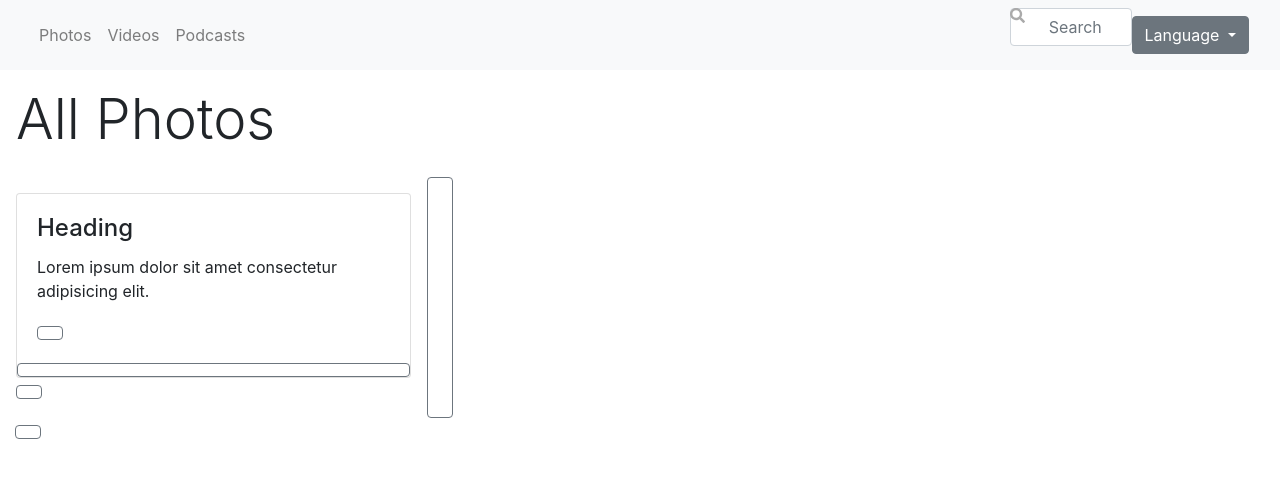
Repository: AlisaSkryp/photoblog
Page: index.html
The author's editor kept a copy of each file at every save. The page is drawn from the files as they stood at one save, then again after the next save.
The browser window is 1280 px wide. The pictures show the whole page.
Some web libraries are served in a nearby version.

Above is the page before, as saved 2023-04-09 20:21:57.

### index.html
<!DOCTYPE html>
<html lang="en">
<head>
	<meta charset="utf-8">
	<meta name="viewport" content="width=device-width, initial-scale=1">
	<title>Complete Bootstrap 4 Website Layout</title>
	<link rel="stylesheet" href="https://maxcdn.bootstrapcdn.com/bootstrap/4.0.0/css/bootstrap.min.css">
	<script src="https://ajax.googleapis.com/ajax/libs/jquery/3.3.1/jquery.min.js"></script>
	<script src="https://cdnjs.cloudflare.com/ajax/libs/popper.js/1.12.9/umd/popper.min.js"></script>
	<script src="https://maxcdn.bootstrapcdn.com/bootstrap/4.0.0/js/bootstrap.min.js"></script>
	<script src="https://use.fontawesome.com/releases/v5.0.8/js/all.js"></script>
	<link href="style.css" rel="stylesheet">
</head>
<body>

<!-- Navigation -->
<nav class="navbar navbar-expand-md navbar-light bg-light sticky-top">
 <div class="container-fluid">
  <button class="navbar-toggler" type="button" data-toggle="collapse" data-target="#navbarResponsive">
		<span class="navbar-toggler-icon"></span>
	</button>
	<div class="collapse navbar-collapse" id="navbarResponsive">
		<ul class="navbar-nav">
			<li class="nav-item">
			  <a class="nav-link" href="#">Photos</a>
			</li>
			<li class="nav-item">
			  <a class="nav-link" href="#">Videos</a>
			</li>
			<li class="nav-item">
			  <a class="nav-link" href="#">Podcasts</a>
			</li>
		</ul>
	</div>
	<div class="search-container">
	 <div class="form-group has-search">
    <span class="fa fa-search form-control-feedback"></span>
    <input type="text" class="form-control" placeholder="Search">
   </div>
	</div>
	<div class="dropdown">
		<button class="btn btn-secondary dropdown-toggle" type="button" id="dropdownMenuButton" data-toggle="dropdown" aria-haspopup="true" aria-expanded="false">
			Language
		</button>
		<div class="dropdown-menu" aria-labelledby="dropdownMenuButton">
			<a class="dropdown-item" href="#">English</a>
			<a class="dropdown-item" href="#">Spanish</a>
			<a class="dropdown-item" href="#">French</a>
		</div>
	</div>

 </div>
</nav>

<!--- Image Slider -->


<!--- Jumbotron -->


<!--- Welcome Section -->


<!--- Three Column Section -->


<!--- Two Column Section -->


<!--- Fixed background -->


<!--- Emoji Section -->


<!--- Meet the team -->
<div class="container-fluid padding">
	<div class="row welcome text-left">
		<div class="col-12">
			<h1 class="display-4">All Photos</h1>
		</div>
	</div>
</div>

<!--- Cards -->
<div class="container-fluid padding">
	<div class="row padding">
		<div class="col-md-4">
			<div class="card">
				<img class="card-img-top" src="">
				<div class="card-body">
					<h4 class="card-title">Heading</h4>
					<p class="card-text">Lorem ipsum dolor sit amet consectetur adipisicing elit.</p>
					<a href="#" class="btn btn-outline-secondary"
				</div>
			</div>
		</div>
	</div>
</div>

<!--- Two Column Section -->


<!--- Connect -->


<!--- Footer -->




</body>
</html>

### style.css
@import url('https://fonts.googleapis.com/css?family=Poppins:400,500,700');











/*---Media Queries --*/
@media (max-width: 992px) {

  }
@media (max-width: 768px) {

}
@media (max-width: 576px) {

}

.search-container {
	width: 10%;
	margin: 0px auto;
}
.has-search .form-control {
	padding-left: 2.375rem;
}

.has-search .form-control-feedback {
	position: absolute;
	z-index: 2;
	display: block;
	width: 15px;
	height: 15px;
	line-height: 15px;
	text-align: center;
	pointer-events: none;
	color: #aaa;
}
/*---Firefox Bug Fix --*/
.carousel-item {
  transition: -webkit-transform 0.5s ease;
  transition: transform 0.5s ease;
  transition: transform 0.5s ease, -webkit-transform 0.5s ease;
  -webkit-backface-visibility: visible;
  backface-visibility: visible;
}
/*--- Fixed Background Image --*/
figure {
  position: relative;
  width: 100%;
  height: 60%;
  margin: 0!important;
}
.fixed-wrap {
  clip: rect(0, auto, auto, 0);
  position: absolute;
  top: 0;
  left: 0;
  width: 100%;
  height: 100%;
}
#fixed {
  background-image: url('img/mac.png');
  position: fixed;
  display: block;
  top: 0;
  left: 0;
  width: 100%;
  height: 100%;
  background-size: cover;
  background-position: center center;
  -webkit-transform: translateZ(0);
          transform: translateZ(0);
  will-change: transform;
}
/*--- Bootstrap Padding Fix --*/
[class*="col-"] {
    padding: 1rem;
}





/*
Extra small (xs) devices (portrait phones, less than 576px)
No media query since this is the default in Bootstrap

Small (sm) devices (landscape phones, 576px and up)
@media (min-width: 576px) { ... }

Medium (md) devices (tablets, 768px and up)
@media (min-width: 768px) { ... }

Large (lg) devices (desktops, 992px and up)
@media (min-width: 992px) { ... }

Extra (xl) large devices (large desktops, 1200px and up)
@media (min-width: 1200px) { ... }
*/

After the next save:
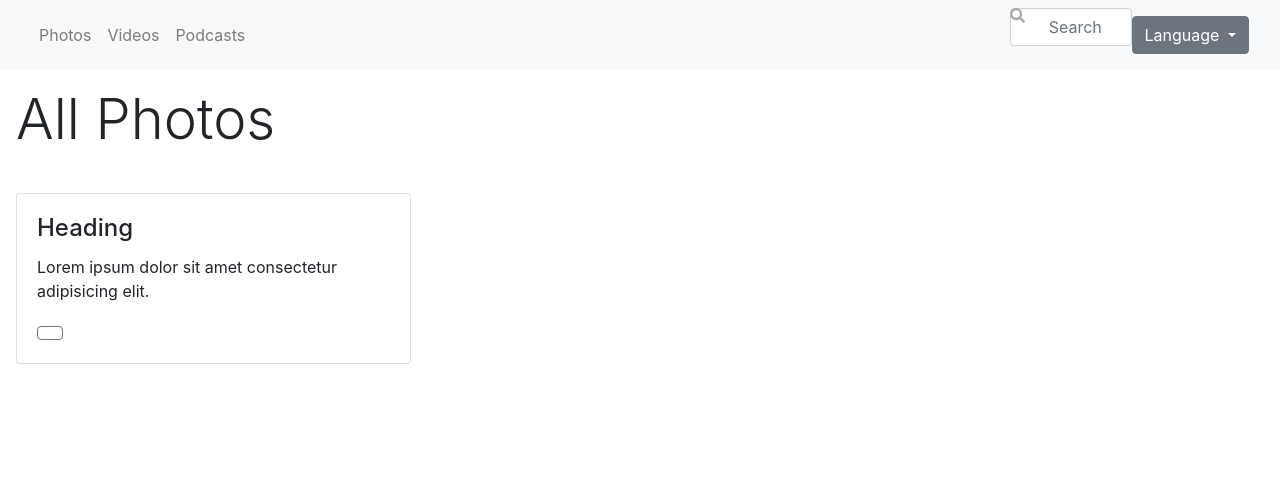
Saved 4 s later.
--- a/index.html
+++ b/index.html
@@ -91,7 +91,7 @@
 				<div class="card-body">
 					<h4 class="card-title">Heading</h4>
 					<p class="card-text">Lorem ipsum dolor sit amet consectetur adipisicing elit.</p>
-					<a href="#" class="btn btn-outline-secondary"
+					<a href="#" class="btn btn-outline-secondary"></a>
 				</div>
 			</div>
 		</div>
